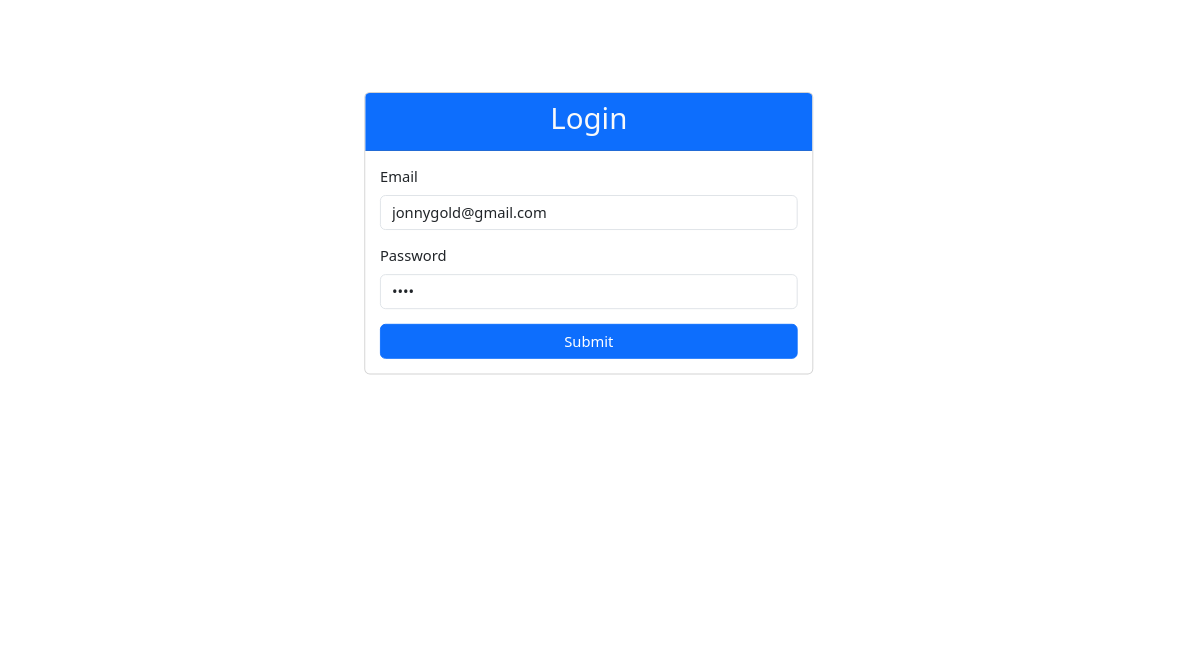
Repository: trider/react-task-app
Page: /tasks
The author's editor kept a copy of each file at every save. The page is drawn from the files as they stood at one save, then again after a run of saves.
The browser window is 1280 px wide. The pictures show the whole page, at 92% of full size.
The project was rebuilt for these pictures with package versions that can differ from the ones it lists, and the page was loaded fresh each time.

Above is the page before, as saved 2024-05-02 17:29:32.

After the next 2 saves:
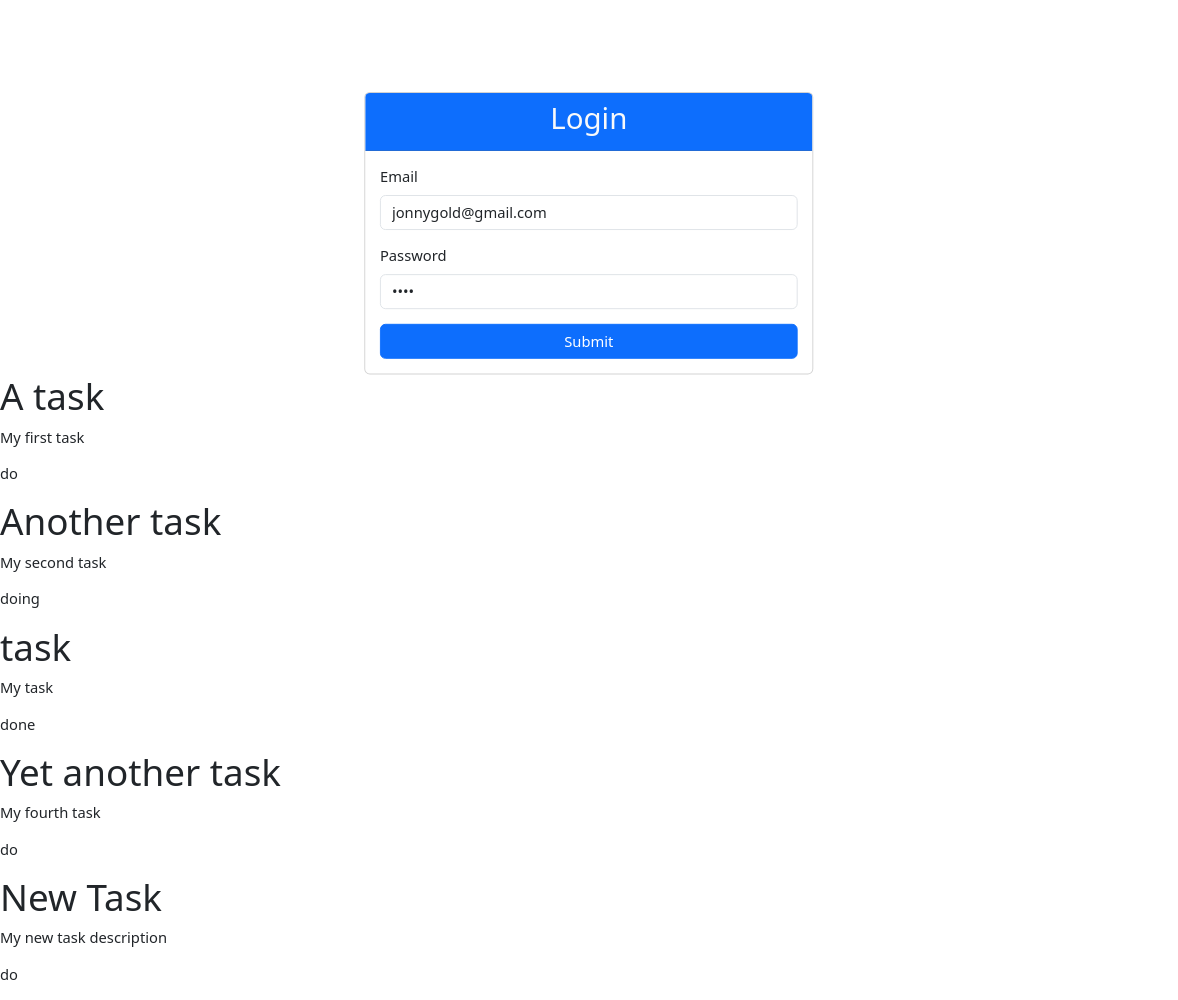
The 2 saves are shown as one change because 1 did not build or start.
The last was saved 30 s later.
--- a/src/App.js
+++ b/src/App.js
@@ -9,6 +9,7 @@
     <div>
 
       <LoginForm />
+      <TaskList />
 
 
 

After the 2 saves that followed:
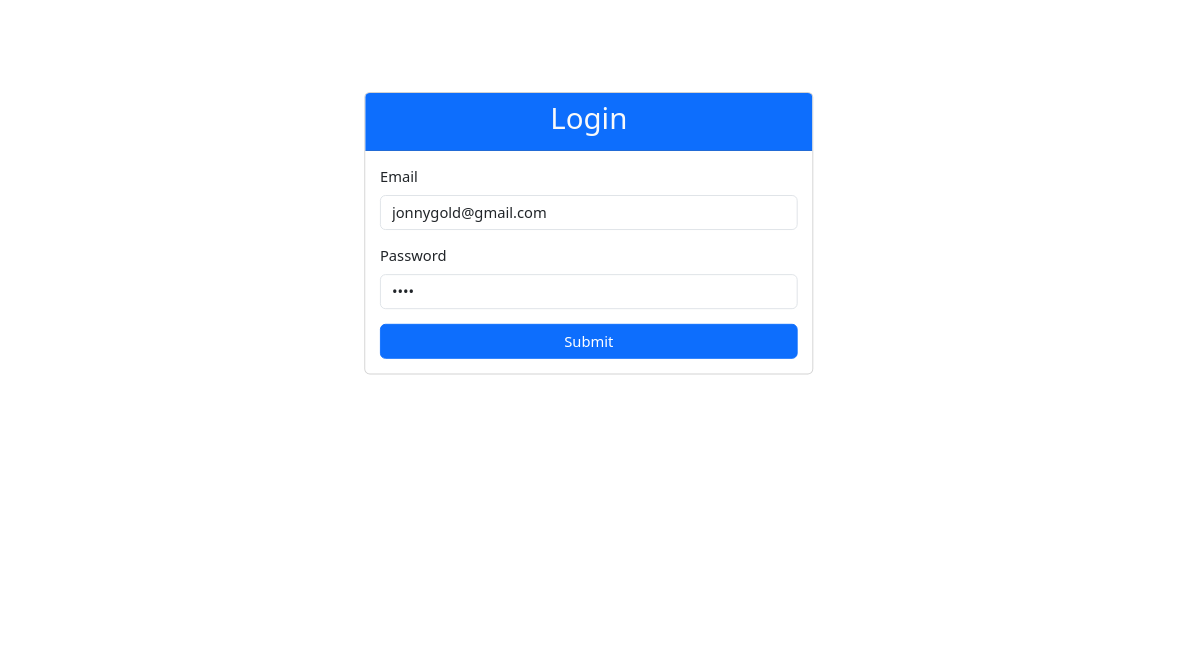
The 2 saves are shown as one change because 1 did not build or start.
The last was saved 76 s later.
--- a/src/App.js
+++ b/src/App.js
@@ -1,7 +1,7 @@
 
 import 'bootstrap/dist/css/bootstrap.min.css';
 import LoginForm from "./pages/Login";
-import TaskList from "./pages/Tasks";
+// import TaskList from "./pages/Tasks";
 
 
 let App = () => {
@@ -9,7 +9,7 @@
     <div>
 
       <LoginForm />
-      <TaskList />
+      {/* <TaskList /> */}
 
 
 
